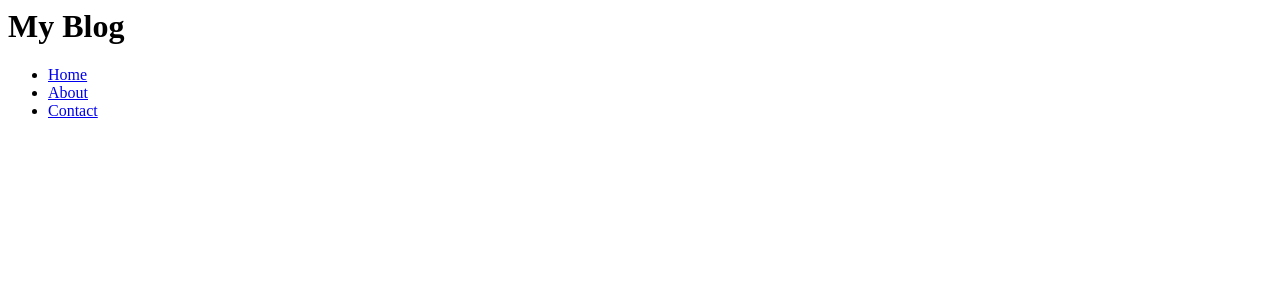
Repository: Femi007-gh/BLOG
Page: index.html
The author's editor kept a copy of each file at every save. The page is drawn from the files as they stood at one save, then again after a run of saves.
The browser window is 1280 px wide. The pictures show the whole page.

Above is the page before, as saved 2025-01-08 06:44:32.

### index.html
<html>
  <head>
    <title>BLOG</title>
    <link rel="stylesheet" href="style.css">
  </head>
  <body>
    <header>
      <h1>My Blog</h1>
      <nav>
        <ul>
          <li><a href="#">Home</a></li>
          <li><a href="#">About</a></li>
          <li><a href="#">Contact</a></li>
        </ul>
      </nav>
    </header>
  </body>
</html>

### style.css
nav ul li a {
  background-color:
}

After the next 2 saves:
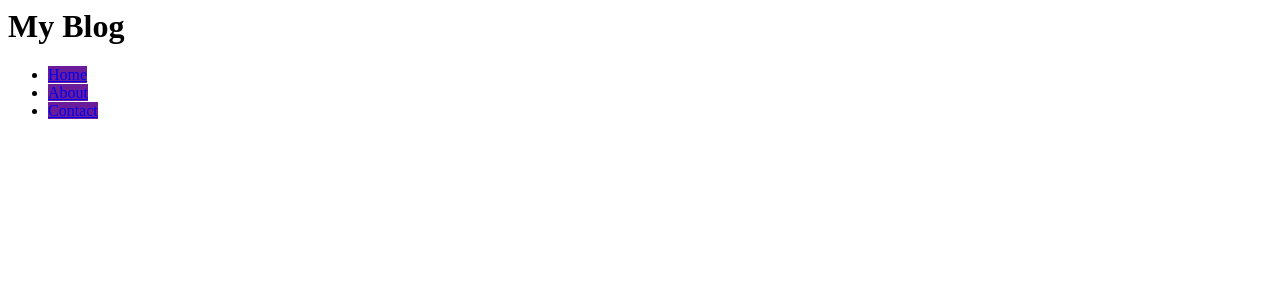
The 2 saves are shown as one change because they came seconds apart.
The last was saved 38 s later.
--- a/style.css
+++ b/style.css
@@ -1,3 +1,3 @@
 nav ul li a {
-  background-color:
+  background-color: 6B1C9B;
 }
